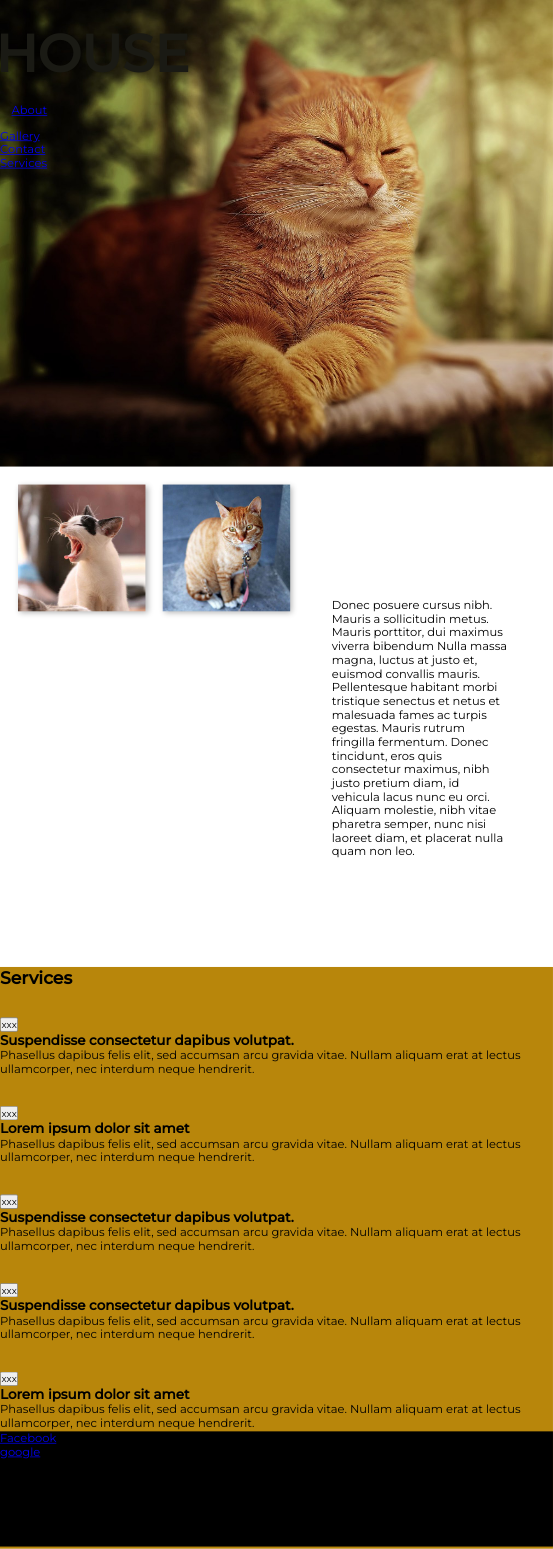
Repository: raul4264/final
Page: index.html
An editor plug-in stored every save of this project. The page is shown before and after the next save, followed by the edit.
The browser window is 768 px wide. The pictures show the whole page, at 72% of full size.

Above is the page before, as saved 2021-03-24 09:02:56.

After the next save:
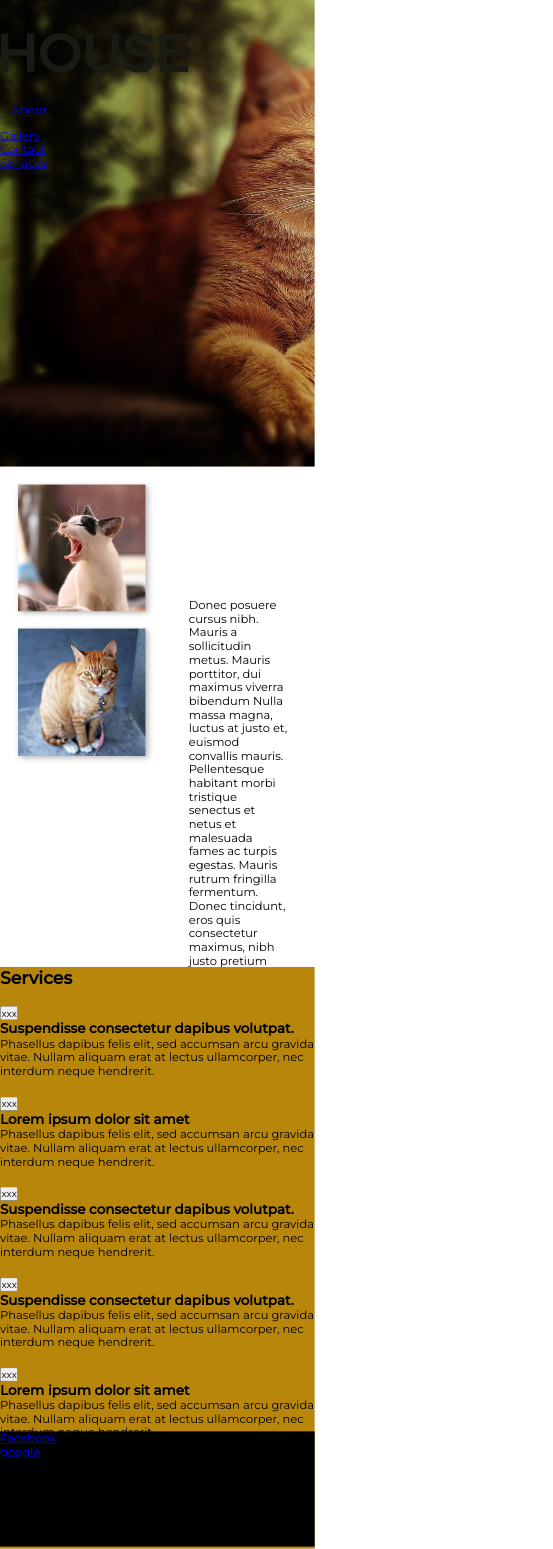
Saved 3 min 18 s later.
--- a/css/estilos.css
+++ b/css/estilos.css
@@ -130,3 +130,13 @@ footer {
     grid-template-columns: ;
     grid-template-rows: ;
 }
+/*--------------MEDIA @ QUERY...................*/
+@media only screen and (max-width: 768px) {
+	#grilla {
+            grid-template-columns: repeat(4, 1fr);
+      }
+      .border {
+    	border: 4px solid black;
+    	background-color: blue;
+     }
+}

After the save that followed:
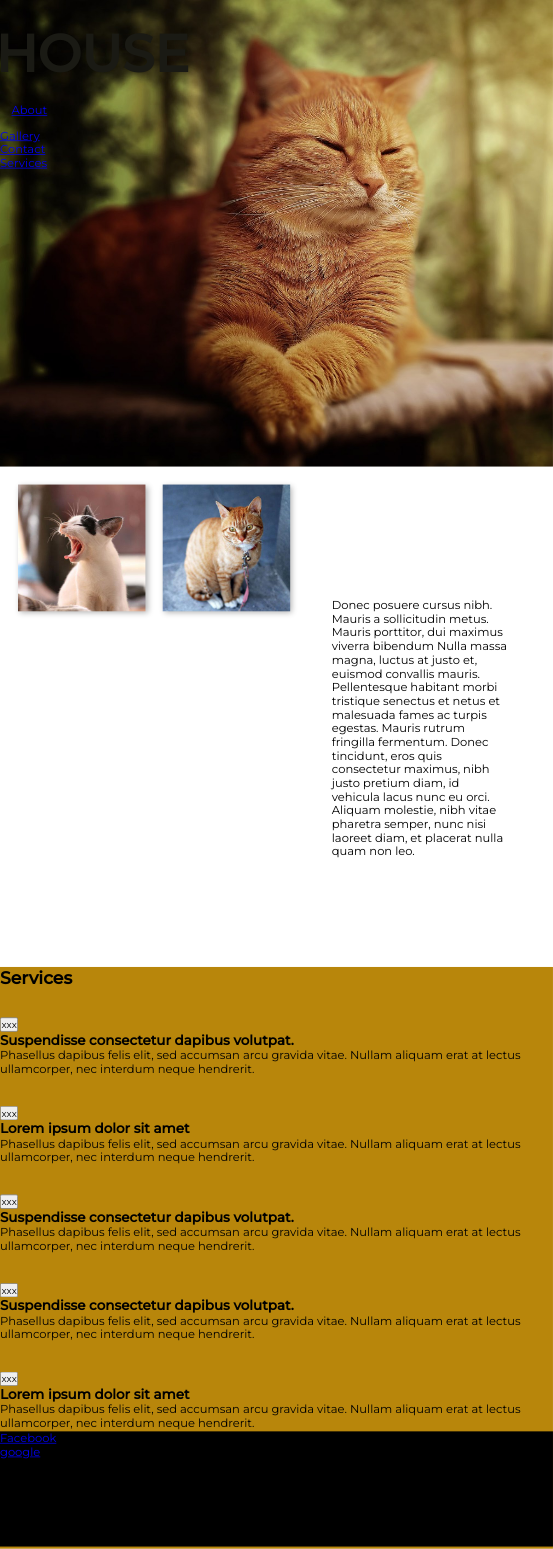
Saved 2 min 11 s later.
--- a/css/estilos.css
+++ b/css/estilos.css
@@ -133,10 +133,8 @@ footer {
 /*--------------MEDIA @ QUERY...................*/
 @media only screen and (max-width: 768px) {
 	#grilla {
-            grid-template-columns: repeat(4, 1fr);
+            grid-template-columns: ;
       }
-      .border {
-    	border: 4px solid black;
-    	background-color: blue;
+
      }
 }
